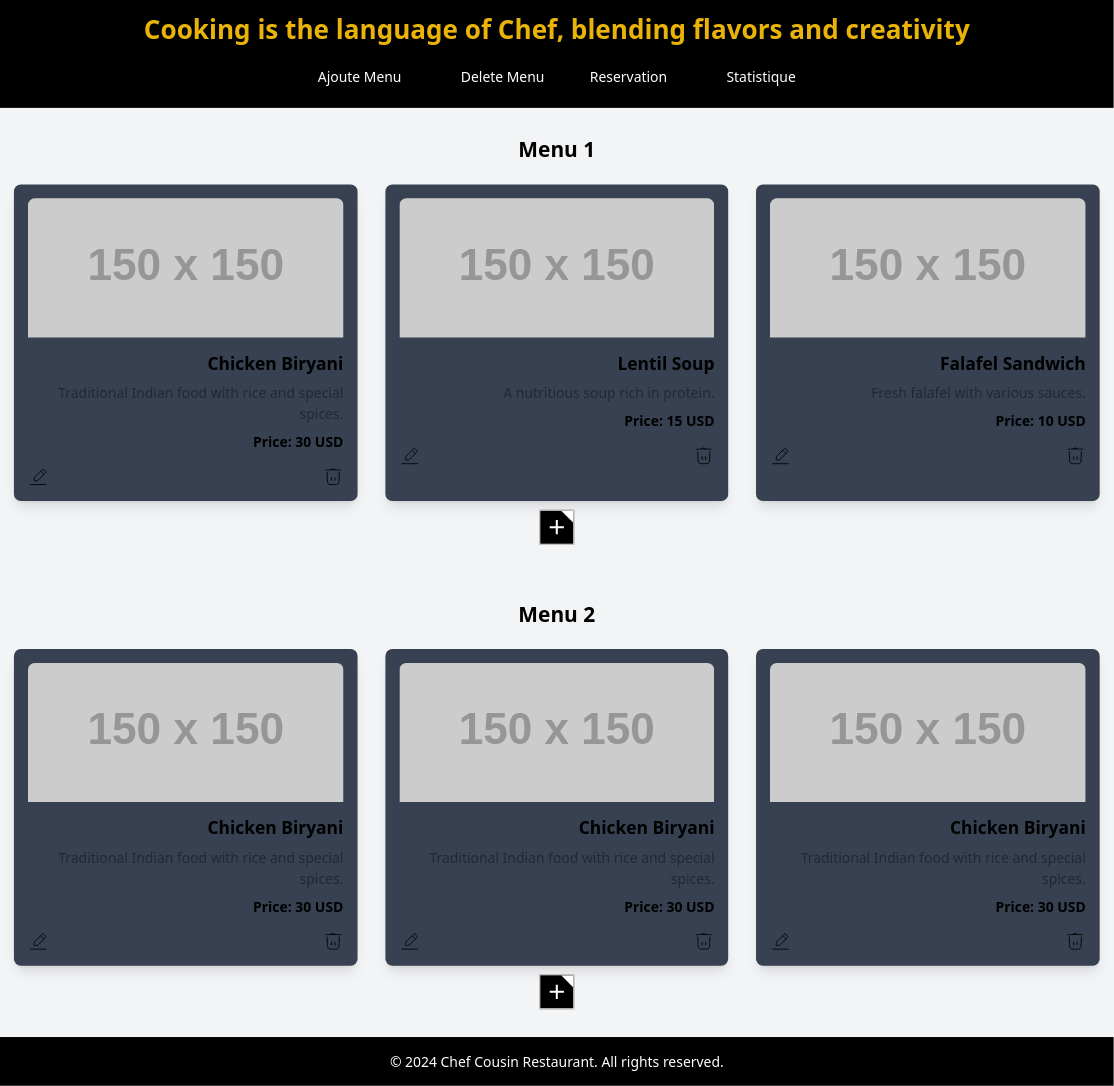
Repository: HamzaChehlaoui/Site-Web-pour-un-Chef-Cuisinier
Page: http://localhost/menu.php
These files come from the project's save history. The page is drawn as it stood at one moment and after the next save; the edit follows.
The browser window is 1280 px wide. The pictures show the whole page, at 87% of full size.
Some web libraries are served in a nearby version. The page is run by PHP 8.4 with error messages shown; the project is at /var/www/html/.

Above is the page before, as saved 2024-12-18 15:20:01.

### menu.php
<!DOCTYPE html>
<html lang="en">
<head>
    <meta charset="UTF-8">
    <meta name="viewport" content="width=device-width, initial-scale=1.0">
    <title>Chef Cousin Menu</title>
    <link rel="stylesheet" href="style.css">
    <script src="https://cdn.tailwindcss.com"></script>
</head>
<body class="bg-gray-100 text-right font-sans">
    <!-- Header Section -->
    <header class="bg-black text-white py-4">
        <div class="container mx-auto text-center">
            <h1 class="text-3xl font-bold text-yellow-500">Cooking is the language of Chef, blending flavors and creativity</h1>
            <p class="text-xl mt-2"></p>
            <!-- Buttons in the header -->
            <div class="mt-4">
                <button class="bg-black text-white py-2 px-6 rounded-lg hover:bg-gray-800 mr-4">Ajoute Menu</button>
                <button class="bg-black text-white py-2 px-6 rounded-lg hover:bg-gray-800">Delete Menu</button></a>
               <a href="reservation.php"> <button class="bg-black text-white py-2 px-6 rounded-lg hover:bg-gray-800 mr-4">Reservation</button>
                <a href="statistique.php"><button class="bg-black text-white py-2 px-6 rounded-lg hover:bg-gray-800">Statistique</button></a>
            </div>
        </div>
    </header>
    <!-- Menu Section -->
    <section class="py-8">
        <div class="container mx-auto px-4">
            <h2 class="text-2xl font-semibold mb-6 text-center text-black">Menu 1</h2>
            <div class="grid grid-cols-1 sm:grid-cols-2 lg:grid-cols-3 gap-8">
                <!-- Dish 1 -->
                <div class="bg-gray-700 p-4 rounded-lg shadow-lg hover:shadow-xl hover:bg-[#E0E0E0] transition duration-300">
                    <img src="https://via.placeholder.com/150" alt="Dish 1" class="w-full h-40 object-cover rounded-t-lg">
                    <h3 class="text-xl font-semibold mt-4 text-black">Chicken Biryani</h3>
                    <p class="text-gray-800 mt-2">Traditional Indian food with rice and special spices.</p>
                    <p class="mt-2 font-bold text-black">Price: 30 USD</p>
                      <!-- Edit and Delete buttons -->
                    <div class="mt-4 flex justify-between">
                    <svg width="24" height="24" viewBox="0 0 24 24" fill="none" xmlns="http://www.w3.org/2000/svg">
                    <path d="M15.7734 4.42255L8.01924 12.2706C7.79291 12.4996 7.67974 12.6142 7.60917 12.7552C7.53859 12.8961 7.51521 13.0544 7.46845 13.3709L7.30803 14.4566C7.12534 15.693 7.034 16.3112 7.40145 16.6645C7.7689 17.0178 8.39306 16.9118 9.64137 16.6999L10.7375 16.5139C11.0571 16.4596 11.2168 16.4325 11.3579 16.3593C11.499 16.2861 11.6121 16.1715 11.8385 15.9425L19.5927 8.09446C20.2553 7.42379 20.5866 7.08846 20.5814 6.67712C20.5761 6.26578 20.2363 5.93906 19.5566 5.28563L18.6209 4.38599C17.9412 3.73256 17.6014 3.40584 17.1844 3.4112C16.7674 3.41655 16.4361 3.75188 15.7734 4.42255Z" stroke="black" stroke-width="null" class="my-path"></path>
                    <path d="M18.3329 9.22206L14.7773 5.6665" stroke="black" stroke-width="null" class="my-path"></path>
                    <path d="M21 21H3" stroke="black" stroke-width="null" stroke-linecap="round" class="my-path"></path>
                    </svg>
                    <!-- delete  -->
                    <svg width="24" height="24" viewBox="0 0 24 24" fill="none" xmlns="http://www.w3.org/2000/svg">
                    <path d="M5 7L5.29949 14.7868C5.41251 17.7252 5.46902 19.1944 6.40719 20.0972C7.34537 21 8.81543 21 11.7555 21H12.2433C15.1842 21 16.6547 21 17.5928 20.0972C18.531 19.1944 18.5875 17.7252 18.7006 14.7868L19 7" stroke="black" stroke-width="null" stroke-linecap="round" class="my-path"></path>
                    <path d="M10 13V16" stroke="black" stroke-width="null" stroke-linecap="round" class="my-path"></path>
                    <path d="M14 13V16" stroke="black" stroke-width="null" stroke-linecap="round" class="my-path"></path>
                    <path d="M20.4706 4.43329C18.6468 4.27371 17.735 4.19392 16.8229 4.13611C13.6109 3.93249 10.3891 3.93249 7.17707 4.13611C6.26506 4.19392 5.35318 4.27371 3.52942 4.43329" stroke="black" stroke-width="null" stroke-linecap="round" class="my-path"></path>
                    <path d="M13.7647 3.95212C13.7647 3.95212 13.3993 2.98339 11.6471 2.9834C9.8949 2.9834 9.52942 3.95211 9.52942 3.95211" stroke="black" stroke-width="null" stroke-linecap="round" class="my-path"></path>
                    </svg>
                    </div>
                </div>
                <!-- Dish 2 -->
                <div class="bg-gray-700 p-4 rounded-lg shadow-lg hover:shadow-xl hover:bg-[#E0E0E0] transition duration-300">
                    <img src="https://via.placeholder.com/150" alt="Dish 2" class="w-full h-40 object-cover rounded-t-lg">
                    <h3 class="text-xl font-semibold mt-4 text-black">Lentil Soup</h3>
                    <p class="text-gray-800 mt-2">A nutritious soup rich in protein.</p>
                    <p class="mt-2 font-bold text-black">Price: 15 USD</p>
                      <!-- Edit and Delete buttons -->
                    <div class="mt-4 flex justify-between">
                    <svg width="24" height="24" viewBox="0 0 24 24" fill="none" xmlns="http://www.w3.org/2000/svg">
                    <path d="M15.7734 4.42255L8.01924 12.2706C7.79291 12.4996 7.67974 12.6142 7.60917 12.7552C7.53859 12.8961 7.51521 13.0544 7.46845 13.3709L7.30803 14.4566C7.12534 15.693 7.034 16.3112 7.40145 16.6645C7.7689 17.0178 8.39306 16.9118 9.64137 16.6999L10.7375 16.5139C11.0571 16.4596 11.2168 16.4325 11.3579 16.3593C11.499 16.2861 11.6121 16.1715 11.8385 15.9425L19.5927 8.09446C20.2553 7.42379 20.5866 7.08846 20.5814 6.67712C20.5761 6.26578 20.2363 5.93906 19.5566 5.28563L18.6209 4.38599C17.9412 3.73256 17.6014 3.40584 17.1844 3.4112C16.7674 3.41655 16.4361 3.75188 15.7734 4.42255Z" stroke="black" stroke-width="null" class="my-path"></path>
                    <path d="M18.3329 9.22206L14.7773 5.6665" stroke="black" stroke-width="null" class="my-path"></path>
                    <path d="M21 21H3" stroke="black" stroke-width="null" stroke-linecap="round" class="my-path"></path>
                    </svg>
                    <!-- delete  -->
                    <svg width="24" height="24" viewBox="0 0 24 24" fill="none" xmlns="http://www.w3.org/2000/svg">
                    <path d="M5 7L5.29949 14.7868C5.41251 17.7252 5.46902 19.1944 6.40719 20.0972C7.34537 21 8.81543 21 11.7555 21H12.2433C15.1842 21 16.6547 21 17.5928 20.0972C18.531 19.1944 18.5875 17.7252 18.7006 14.7868L19 7" stroke="black" stroke-width="null" stroke-linecap="round" class="my-path"></path>
                    <path d="M10 13V16" stroke="black" stroke-width="null" stroke-linecap="round" class="my-path"></path>
                    <path d="M14 13V16" stroke="black" stroke-width="null" stroke-linecap="round" class="my-path"></path>
                    <path d="M20.4706 4.43329C18.6468 4.27371 17.735 4.19392 16.8229 4.13611C13.6109 3.93249 10.3891 3.93249 7.17707 4.13611C6.26506 4.19392 5.35318 4.27371 3.52942 4.43329" stroke="black" stroke-width="null" stroke-linecap="round" class="my-path"></path>
                    <path d="M13.7647 3.95212C13.7647 3.95212 13.3993 2.98339 11.6471 2.9834C9.8949 2.9834 9.52942 3.95211 9.52942 3.95211" stroke="black" stroke-width="null" stroke-linecap="round" class="my-path"></path>
                    </svg>
                    </div>
                </div>
                <!-- Dish 3 -->
                <div class="bg-gray-700 p-4 rounded-lg shadow-lg hover:shadow-xl hover:bg-[#E0E0E0] transition duration-300">
                    <img src="https://via.placeholder.com/150" alt="Dish 3" class="w-full h-40 object-cover rounded-t-lg">
                    <h3 class="text-xl font-semibold mt-4 text-black">Falafel Sandwich</h3>
                    <p class="text-gray-800 mt-2">Fresh falafel with various sauces.</p>
                    <p class="mt-2 font-bold text-black">Price: 10 USD</p>
                       <!-- Edit and Delete buttons -->
                    <div class="mt-4 flex justify-between">
                        <!-- edit  -->
                    <svg width="24" height="24" viewBox="0 0 24 24" fill="none" xmlns="http://www.w3.org/2000/svg">
                    <path d="M15.7734 4.42255L8.01924 12.2706C7.79291 12.4996 7.67974 12.6142 7.60917 12.7552C7.53859 12.8961 7.51521 13.0544 7.46845 13.3709L7.30803 14.4566C7.12534 15.693 7.034 16.3112 7.40145 16.6645C7.7689 17.0178 8.39306 16.9118 9.64137 16.6999L10.7375 16.5139C11.0571 16.4596 11.2168 16.4325 11.3579 16.3593C11.499 16.2861 11.6121 16.1715 11.8385 15.9425L19.5927 8.09446C20.2553 7.42379 20.5866 7.08846 20.5814 6.67712C20.5761 6.26578 20.2363 5.93906 19.5566 5.28563L18.6209 4.38599C17.9412 3.73256 17.6014 3.40584 17.1844 3.4112C16.7674 3.41655 16.4361 3.75188 15.7734 4.42255Z" stroke="black" stroke-width="null" class="my-path"></path>
                    <path d="M18.3329 9.22206L14.7773 5.6665" stroke="black" stroke-width="null" class="my-path"></path>
                    <path d="M21 21H3" stroke="black" stroke-width="null" stroke-linecap="round" class="my-path"></path>
                    </svg>
                    <!-- delete  -->
                    <svg width="24" height="24" viewBox="0 0 24 24" fill="none" xmlns="http://www.w3.org/2000/svg">
                    <path d="M5 7L5.29949 14.7868C5.41251 17.7252 5.46902 19.1944 6.40719 20.0972C7.34537 21 8.81543 21 11.7555 21H12.2433C15.1842 21 16.6547 21 17.5928 20.0972C18.531 19.1944 18.5875 17.7252 18.7006 14.7868L19 7" stroke="black" stroke-width="null" stroke-linecap="round" class="my-path"></path>
                    <path d="M10 13V16" stroke="black" stroke-width="null" stroke-linecap="round" class="my-path"></path>
                    <path d="M14 13V16" stroke="black" stroke-width="null" stroke-linecap="round" class="my-path"></path>
                    <path d="M20.4706 4.43329C18.6468 4.27371 17.735 4.19392 16.8229 4.13611C13.6109 3.93249 10.3891 3.93249 7.17707 4.13611C6.26506 4.19392 5.35318 4.27371 3.52942 4.43329" stroke="black" stroke-width="null" stroke-linecap="round" class="my-path"></path>
                    <path d="M13.7647 3.95212C13.7647 3.95212 13.3993 2.98339 11.6471 2.9834C9.8949 2.9834 9.52942 3.95211 9.52942 3.95211" stroke="black" stroke-width="null" stroke-linecap="round" class="my-path"></path>
                    </svg>
                    </div>
                </div>
                </div>
            </div>
        </div>
         <!-- /* From Uiverse.io by OnCloud125252 */  -->

         <div tabindex="0" class="plusButton m-[auto] mt-[10px]">
        <svg class="plusIcon" xmlns="http://www.w3.org/2000/svg" viewBox="0 0 30 30">
            <g mask="url(#mask0_21_345)">
            <path d="M13.75 23.75V16.25H6.25V13.75H13.75V6.25H16.25V13.75H23.75V16.25H16.25V23.75H13.75Z"></path>
            </g>
        </svg>
</div>
    </section>

    <!-- Menu Section -->
    <section class="py-8">
        <div class="container mx-auto px-4">
            <h2 class="text-2xl font-semibold mb-6 text-center text-black">Menu 2</h2>
            <div class="grid grid-cols-1 sm:grid-cols-2 lg:grid-cols-3 gap-8">
                <!-- Repeat the dishes here with Edit and Delete buttons -->
                <div class="bg-gray-700 p-4 rounded-lg shadow-lg hover:shadow-xl hover:bg-[#E0E0E0] transition duration-300">
                    <img src="https://via.placeholder.com/150" alt="Dish 1" class="w-full h-40 object-cover rounded-t-lg">
                    <h3 class="text-xl font-semibold mt-4 text-black">Chicken Biryani</h3>
                    <p class="text-gray-800 mt-2">Traditional Indian food with rice and special spices.</p>
                    <p class="mt-2 font-bold text-black">Price: 30 USD</p>
                      <!-- Edit and Delete buttons -->
                    <div class="mt-4 flex justify-between">
                        <!-- edit  -->
                    <svg width="24" height="24" viewBox="0 0 24 24" fill="none" xmlns="http://www.w3.org/2000/svg">
                    <path d="M15.7734 4.42255L8.01924 12.2706C7.79291 12.4996 7.67974 12.6142 7.60917 12.7552C7.53859 12.8961 7.51521 13.0544 7.46845 13.3709L7.30803 14.4566C7.12534 15.693 7.034 16.3112 7.40145 16.6645C7.7689 17.0178 8.39306 16.9118 9.64137 16.6999L10.7375 16.5139C11.0571 16.4596 11.2168 16.4325 11.3579 16.3593C11.499 16.2861 11.6121 16.1715 11.8385 15.9425L19.5927 8.09446C20.2553 7.42379 20.5866 7.08846 20.5814 6.67712C20.5761 6.26578 20.2363 5.93906 19.5566 5.28563L18.6209 4.38599C17.9412 3.73256 17.6014 3.40584 17.1844 3.4112C16.7674 3.41655 16.4361 3.75188 15.7734 4.42255Z" stroke="black" stroke-width="null" class="my-path"></path>
                    <path d="M18.3329 9.22206L14.7773 5.6665" stroke="black" stroke-width="null" class="my-path"></path>
                    <path d="M21 21H3" stroke="black" stroke-width="null" stroke-linecap="round" class="my-path"></path>
                    </svg>
                    <!-- delete  -->
                    <svg width="24" height="24" viewBox="0 0 24 24" fill="none" xmlns="http://www.w3.org/2000/svg">
                    <path d="M5 7L5.29949 14.7868C5.41251 17.7252 5.46902 19.1944 6.40719 20.0972C7.34537 21 8.81543 21 11.7555 21H12.2433C15.1842 21 16.6547 21 17.5928 20.0972C18.531 19.1944 18.5875 17.7252 18.7006 14.7868L19 7" stroke="black" stroke-width="null" stroke-linecap="round" class="my-path"></path>
                    <path d="M10 13V16" stroke="black" stroke-width="null" stroke-linecap="round" class="my-path"></path>
                    <path d="M14 13V16" stroke="black" stroke-width="null" stroke-linecap="round" class="my-path"></path>
                    <path d="M20.4706 4.43329C18.6468 4.27371 17.735 4.19392 16.8229 4.13611C13.6109 3.93249 10.3891 3.93249 7.17707 4.13611C6.26506 4.19392 5.35318 4.27371 3.52942 4.43329" stroke="black" stroke-width="null" stroke-linecap="round" class="my-path"></path>
                    <path d="M13.7647 3.95212C13.7647 3.95212 13.3993 2.98339 11.6471 2.9834C9.8949 2.9834 9.52942 3.95211 9.52942 3.95211" stroke="black" stroke-width="null" stroke-linecap="round" class="my-path"></path>
                    </svg>
                    </div>
                </div>
                <!-- Dish 1 -->
                <div class="bg-gray-700 p-4 rounded-lg shadow-lg hover:shadow-xl hover:bg-[#E0E0E0] transition duration-300">
                    <img src="https://via.placeholder.com/150" alt="Dish 1" class="w-full h-40 object-cover rounded-t-lg">
                    <h3 class="text-xl font-semibold mt-4 text-black">Chicken Biryani</h3>
                    <p class="text-gray-800 mt-2">Traditional Indian food with rice and special spices.</p>
                    <p class="mt-2 font-bold text-black">Price: 30 USD</p>
                      <!-- Edit and Delete buttons -->
                    <div class="mt-4 flex justify-between">
                    <svg width="24" height="24" viewBox="0 0 24 24" fill="none" xmlns="http://www.w3.org/2000/svg">
                    <path d="M15.7734 4.42255L8.01924 12.2706C7.79291 12.4996 7.67974 12.6142 7.60917 12.7552C7.53859 12.8961 7.51521 13.0544 7.46845 13.3709L7.30803 14.4566C7.12534 15.693 7.034 16.3112 7.40145 16.6645C7.7689 17.0178 8.39306 16.9118 9.64137 16.6999L10.7375 16.5139C11.0571 16.4596 11.2168 16.4325 11.3579 16.3593C11.499 16.2861 11.6121 16.1715 11.8385 15.9425L19.5927 8.09446C20.2553 7.42379 20.5866 7.08846 20.5814 6.67712C20.5761 6.26578 20.2363 5.93906 19.5566 5.28563L18.6209 4.38599C17.9412 3.73256 17.6014 3.40584 17.1844 3.4112C16.7674 3.41655 16.4361 3.75188 15.7734 4.42255Z" stroke="black" stroke-width="null" class="my-path"></path>
                    <path d="M18.3329 9.22206L14.7773 5.6665" stroke="black" stroke-width="null" class="my-path"></path>
                    <path d="M21 21H3" stroke="black" stroke-width="null" stroke-linecap="round" class="my-path"></path>
                    </svg>
                    <!-- delete  -->
                    <svg width="24" height="24" viewBox="0 0 24 24" fill="none" xmlns="http://www.w3.org/2000/svg">
                    <path d="M5 7L5.29949 14.7868C5.41251 17.7252 5.46902 19.1944 6.40719 20.0972C7.34537 21 8.81543 21 11.7555 21H12.2433C15.1842 21 16.6547 21 17.5928 20.0972C18.531 19.1944 18.5875 17.7252 18.7006 14.7868L19 7" stroke="black" stroke-width="null" stroke-linecap="round" class="my-path"></path>
                    <path d="M10 13V16" stroke="black" stroke-width="null" stroke-linecap="round" class="my-path"></path>
                    <path d="M14 13V16" stroke="black" stroke-width="null" stroke-linecap="round" class="my-path"></path>
                    <path d="M20.4706 4.43329C18.6468 4.27371 17.735 4.19392 16.8229 4.13611C13.6109 3.93249 10.3891 3.93249 7.17707 4.13611C6.26506 4.19392 5.35318 4.27371 3.52942 4.43329" stroke="black" stroke-width="null" stroke-linecap="round" class="my-path"></path>
                    <path d="M13.7647 3.95212C13.7647 3.95212 13.3993 2.98339 11.6471 2.9834C9.8949 2.9834 9.52942 3.95211 9.52942 3.95211" stroke="black" stroke-width="null" stroke-linecap="round" class="my-path"></path>
                    </svg>  </div>
                </div>
            <!-- Dish 1 -->
            <div class="bg-gray-700 p-4 rounded-lg shadow-lg hover:shadow-xl hover:bg-[#E0E0E0] transition duration-300">
                    <img src="https://via.placeholder.com/150" alt="Dish 1" class="w-full h-40 object-cover rounded-t-lg">
                    <h3 class="text-xl font-semibold mt-4 text-black">Chicken Biryani</h3>
                    <p class="text-gray-800 mt-2">Traditional Indian food with rice and special spices.</p>
                    <p class="mt-2 font-bold text-black">Price: 30 USD</p>
                      <!-- Edit and Delete buttons -->
                    <div class="mt-4 flex justify-between">
                    <svg width="24" height="24" viewBox="0 0 24 24" fill="none" xmlns="http://www.w3.org/2000/svg">
                    <path d="M15.7734 4.42255L8.01924 12.2706C7.79291 12.4996 7.67974 12.6142 7.60917 12.7552C7.53859 12.8961 7.51521 13.0544 7.46845 13.3709L7.30803 14.4566C7.12534 15.693 7.034 16.3112 7.40145 16.6645C7.7689 17.0178 8.39306 16.9118 9.64137 16.6999L10.7375 16.5139C11.0571 16.4596 11.2168 16.4325 11.3579 16.3593C11.499 16.2861 11.6121 16.1715 11.8385 15.9425L19.5927 8.09446C20.2553 7.42379 20.5866 7.08846 20.5814 6.67712C20.5761 6.26578 20.2363 5.93906 19.5566 5.28563L18.6209 4.38599C17.9412 3.73256 17.6014 3.40584 17.1844 3.4112C16.7674 3.41655 16.4361 3.75188 15.7734 4.42255Z" stroke="black" stroke-width="null" class="my-path"></path>
                    <path d="M18.3329 9.22206L14.7773 5.6665" stroke="black" stroke-width="null" class="my-path"></path>
                    <path d="M21 21H3" stroke="black" stroke-width="null" stroke-linecap="round" class="my-path"></path>
                    </svg>
                    <!-- delete  -->
                    <svg width="24" height="24" viewBox="0 0 24 24" fill="none" xmlns="http://www.w3.org/2000/svg">
                    <path d="M5 7L5.29949 14.7868C5.41251 17.7252 5.46902 19.1944 6.40719 20.0972C7.34537 21 8.81543 21 11.7555 21H12.2433C15.1842 21 16.6547 21 17.5928 20.0972C18.531 19.1944 18.5875 17.7252 18.7006 14.7868L19 7" stroke="black" stroke-width="null" stroke-linecap="round" class="my-path"></path>
                    <path d="M10 13V16" stroke="black" stroke-width="null" stroke-linecap="round" class="my-path"></path>
                    <path d="M14 13V16" stroke="black" stroke-width="null" stroke-linecap="round" class="my-path"></path>
                    <path d="M20.4706 4.43329C18.6468 4.27371 17.735 4.19392 16.8229 4.13611C13.6109 3.93249 10.3891 3.93249 7.17707 4.13611C6.26506 4.19392 5.35318 4.27371 3.52942 4.43329" stroke="black" stroke-width="null" stroke-linecap="round" class="my-path"></path>
                    <path d="M13.7647 3.95212C13.7647 3.95212 13.3993 2.98339 11.6471 2.9834C9.8949 2.9834 9.52942 3.95211 9.52942 3.95211" stroke="black" stroke-width="null" stroke-linecap="round" class="my-path"></path>
                    </svg>  </div>
                </div>
            </div>
            <!-- /* From Uiverse.io by OnCloud125252 */  -->

        <div tabindex="0" class="plusButton m-[auto] mt-[10px]">
        <svg class="plusIcon" xmlns="http://www.w3.org/2000/svg" viewBox="0 0 30 30">
            <g mask="url(#mask0_21_345)">
            <path d="M13.75 23.75V16.25H6.25V13.75H13.75V6.25H16.25V13.75H23.75V16.25H16.25V23.75H13.75Z"></path>
            </g>
        </svg>
</div>
        </div>
    </section>

    <!-- Footer -->
    <footer class="bg-black text-white py-4">
        <div class="container mx-auto text-center">
            <p>&copy; 2024 Chef Cousin Restaurant. All rights reserved.</p>
        </div>
    </footer>

</body>
</html>

### style.css
/* From Uiverse.io by OnCloud125252 */
/* Note that you only needs to edit the config to customize the button! */

.plusButton {
    /* Config start */
    --plus_sideLength: 2.5rem;
    --plus_topRightTriangleSideLength: 0.9rem;
    /* Config end */
    position: relative;
    display: flex;
    justify-content: center;
    align-items: center;
    border: 1px solid white;
    width: var(--plus_sideLength);
    height: var(--plus_sideLength);
    background-color: #000000;
    overflow: hidden;
  }

  .plusButton::before {
    position: absolute;
    content: "";
    top: 0;
    right: 0;
    width: 0;
    height: 0;
    border-width: 0 var(--plus_topRightTriangleSideLength) var(--plus_topRightTriangleSideLength) 0;
    border-style: solid;
    border-color: transparent white transparent transparent;
    transition-timing-function: ease-in-out;
    transition-duration: 0.2s;
  }

  .plusButton:hover {
    cursor: pointer;
  }

  .plusButton:hover::before {
    --plus_topRightTriangleSideLength: calc(var(--plus_sideLength) * 2);
  }

  .plusButton:focus-visible::before {
    --plus_topRightTriangleSideLength: calc(var(--plus_sideLength) * 2);
  }

  .plusButton>.plusIcon {
    fill: white;
    width: calc(var(--plus_sideLength) * 0.7);
    height: calc(var(--plus_sideLength) * 0.7);
    z-index: 1;
    transition-timing-function: ease-in-out;
    transition-duration: 0.2s;
  }

  .plusButton:hover>.plusIcon {
    fill: black;
    transform: rotate(180deg);
  }

  .plusButton:focus-visible>.plusIcon {
    fill: black;
    transform: rotate(180deg);
  }

After the next save:
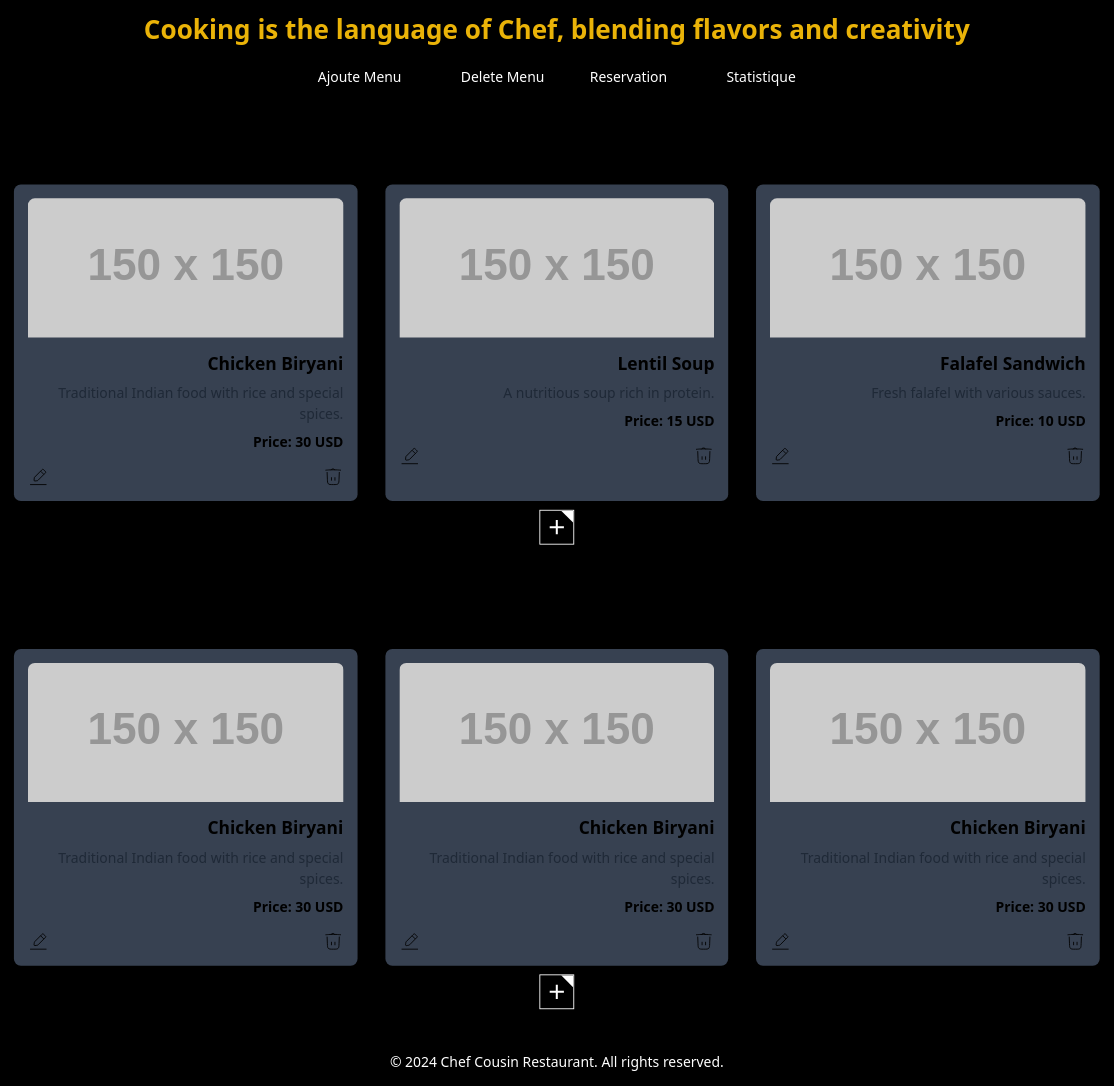
Saved 41 s later.
--- a/menu.php
+++ b/menu.php
@@ -7,7 +7,7 @@
     <link rel="stylesheet" href="style.css">
     <script src="https://cdn.tailwindcss.com"></script>
 </head>
-<body class="bg-gray-100 text-right font-sans">
+<body class="bg-black text-right font-sans">
     <!-- Header Section -->
     <header class="bg-black text-white py-4">
         <div class="container mx-auto text-center">
